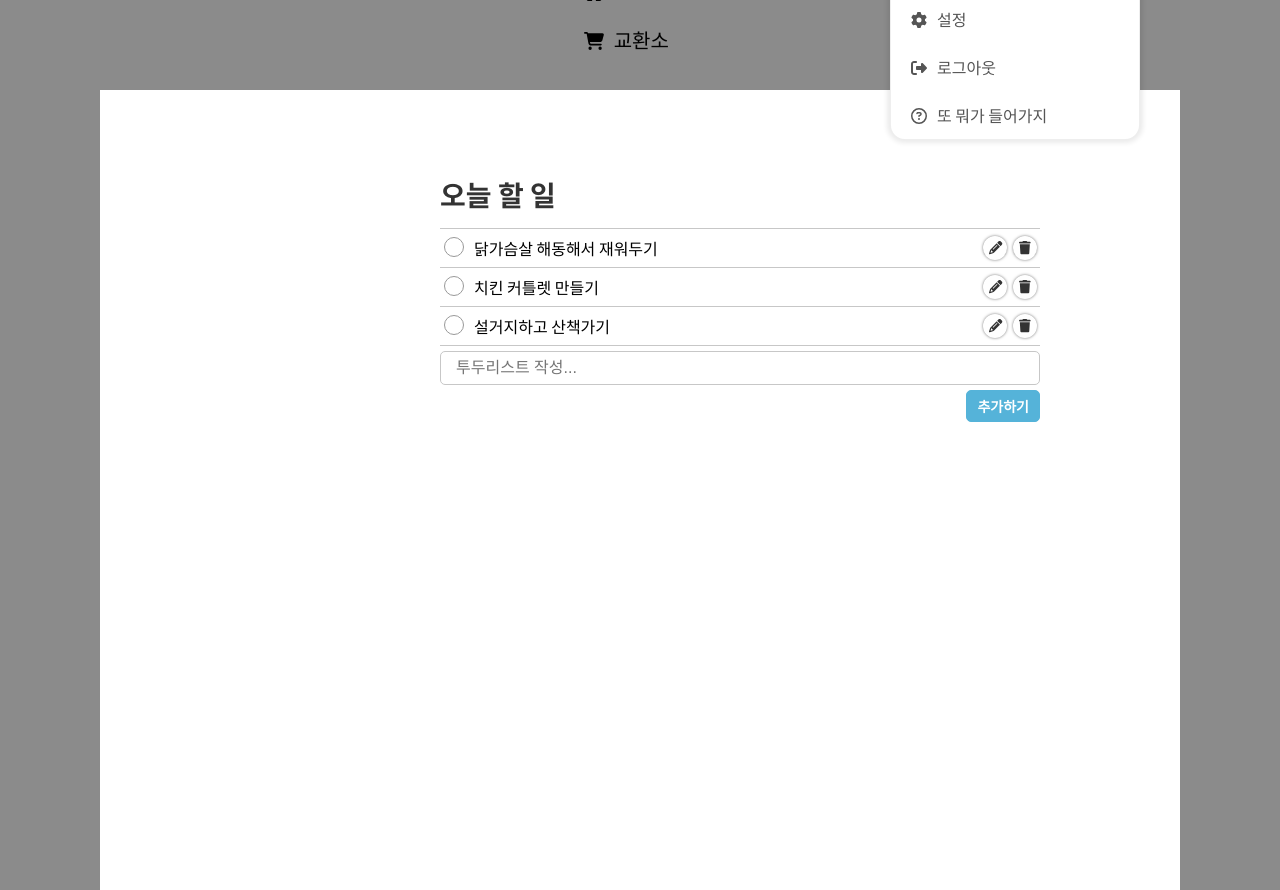
Repository: sunoo-lee/toVillage-old
Page: /
These files come from the project's save history. The page is drawn as it stood at one moment and after a run of saves; the edit follows.
The browser window is 1280 px wide. The pictures show the whole page.
The project was rebuilt for these pictures with package versions that can differ from the ones it lists, and the page was loaded fresh each time. Also part of the build but not shown: src/routes/Auth.js, src/components/MyProfile.js, src/routes/Profile.js, src/components/Area.module.css, src/components/Area.js, src/routes/Building.js, src/components/TradingShop.module.css, src/components/TradingShop.js and 1 more.

Above is the page before, as saved 2022-10-13 04:18:41.

### src/components/App.js
import React, { useState } from "react";
import AppRouter from "./Router";

function App() {
  const [isLoggedIn, setIsLoggedIn] = useState(true);
  const onClick = () => {
    setIsLoggedIn(!isLoggedIn);
  };

  const [isDropdown, setIsDropdown] = useState(true);
  const [isNav, setIsNav] = useState(true);
  const toggleDropdown = () => {
    setIsDropdown(!isDropdown);
    console.log("dropdown: " + isDropdown);
  };
  const toggleNav = () => {
    setIsNav(!isNav);
    console.log("Nav: " + isNav);
  };
  return (
    <>
      <AppRouter
        toggleDropdown={toggleDropdown}
        isDropdown={isDropdown}
        toggleNav={toggleNav}
        isNav={isNav}
        onClick={onClick}
        isLoggedIn={isLoggedIn}
      />
    </>
  );
}

export default App;

### src/style.css
@import url("https://fonts.googleapis.com/css2?family=Noto+Sans+KR:wght@400;500;700&display=swap");

* {
  box-sizing: border-box;
}

html,
body {
  padding: 0;
  margin: 0;
  font-family: "Noto Sans KR", -apple-system, BlinkMacSystemFont, Segoe UI,
    Roboto, Oxygen, Ubuntu, Cantarell, Fira Sans, Droid Sans, Helvetica Neue,
    sans-serif;
}

body {
  display: flex;
  justify-content: center;
  align-items: center;
  height: 800px;
  width: 1080px;
  margin: auto;
  height: 100vh;
  background-color: #9dbac7;
  background-color: #8b8b8b;
}

.container {
  background-color: aliceblue;
  background-color: #ffffff;
  min-width: 600px;
  width: 1080px;
  height: 800px;
  padding-left: 200px;
  padding-top: 50px;
  display: flex;
  justify-content: center;
}

### src/components/Router.js
import { HashRouter as Router, Routes, Route } from "react-router-dom";
import Auth from "../routes/Auth";
import Home from "../routes/Home";
import Profile from "../routes/Profile";
import Building from "../routes/Building";
import Trade from "../routes/Trade";
import Header from "./Header";
import Navigation from "./Navigation";

const AppRouter = ({
  toggleDropdown,
  isDropdown,
  toggleNav,
  isNav,
  onClick,
  isLoggedIn,
}) => {
  return (
    <Router>
      {isLoggedIn}
      <Header
        toggleDropdown={toggleDropdown}
        isDropdown={isDropdown}
        toggleNav={toggleNav}
      />
      <Navigation isNav={isNav} />
      <Routes>
        {isLoggedIn ? (
          <>
            <Route
              exact
              path="/"
              element={<Home onClick={onClick} isLoggedIn={isLoggedIn} />}
            />
            <Route path="/profile" element={<Profile />} />
            <Route path="/building" element={<Building />} />
            <Route path="/trade" element={<Trade />} />
          </>
        ) : (
          <>
            <Route exact path="/" element={<Auth />} />
          </>
        )}
      </Routes>
    </Router>
  );
};

export default AppRouter;

### src/routes/Home.js
import React from "react";
import Main from "../components/Main";

const Home = () => {
  return (
    <>
      <div className={"container"}>
        <Main />
      </div>
    </>
  );
};

export default Home;

### src/components/Header.js
import { React, useState } from "react";
import styles from "./Header.module.css";
import { FontAwesomeIcon } from "@fortawesome/react-fontawesome";
import { faBars, faUser } from "@fortawesome/free-solid-svg-icons";
import Dropdown from "./Dropdown";

const Header = ({ toggleDropdown, isDropdown, toggleNav }) => {
  return (
    <header id={styles.header}>
      <div className={styles.container}>
        <div className={styles.header_left}>
          <button onClick={toggleNav} className={styles.toggle_btn}>
            <FontAwesomeIcon icon={faBars} />
          </button>
        </div>
        <div className={styles.header_center}>
          {/* {new Date().getFullYear()}/{new Date().getMonth() + 1}/
        {new Date().getDate()} */}
        </div>
        <div className={styles.header_right}>
          <button onClick={toggleDropdown}>
            <FontAwesomeIcon icon={faUser} />
          </button>
          {isDropdown ? <Dropdown /> : <></>}
        </div>
      </div>
    </header>
  );
};

export default Header;

### src/components/Navigation.js
import { React } from "react";
import { Link } from "react-router-dom";
// import MiniProfile from "./MiniProfile";
import styles from "./Navigation.module.css";
import { FontAwesomeIcon } from "@fortawesome/react-fontawesome";
import {
  faUser,
  faBuilding,
  faCartShopping,
  faListUl,
} from "@fortawesome/free-solid-svg-icons";

const Navigation = ({ isNav }) => {
  if (isNav) {
  }
  return (
    <nav className={isNav ? styles.nav_active : styles.nav}>
      {/* <MiniProfile /> */}
      <div className={styles.container}>
        <ul>
          <li>
            <Link to="/">
              <FontAwesomeIcon icon={faListUl} />
              <span>오늘 할 일</span>
            </Link>
          </li>
          <li>
            <Link to="/profile">
              <FontAwesomeIcon icon={faUser} />
              <span>프로필</span>
            </Link>
          </li>
          <li>
            <Link to="/building">
              <FontAwesomeIcon icon={faBuilding} />
              <span>건물</span>
            </Link>
          </li>
          <li>
            <Link to="/trade">
              <FontAwesomeIcon icon={faCartShopping} />
              <span>교환소</span>
            </Link>
          </li>
        </ul>
        {/* <button onClick={onClick}>SIGN OUT</button> */}
      </div>
    </nav>
  );
};

export default Navigation;

### src/components/Main.js
import React, { useState, useEffect } from "react";
import { FontAwesomeIcon } from "@fortawesome/react-fontawesome";
import { faTrash, faPencilAlt } from "@fortawesome/free-solid-svg-icons";
import styles from "./Main.module.css";
import Todo from "./Todo";
import AddForm from "./AddForm";

const Main = () => {
  const [toDo, setToDo] = useState("");
  const [toDos, setToDos] = useState([]);

  useEffect(() => {
    const item = localStorage.getItem("list");
    if (item) {
      setToDos(item);
    } else
      setToDos([
        "닭가슴살 해동해서 재워두기",
        "치킨 커틀렛 만들기",
        "설거지하고 산책가기",
      ]);
  }, []);
  const onChange = (event) => setToDo(event.target.value);
  const onSubmit = async (event) => {
    event.preventDefault();
    if (toDo === "") {
      return;
    }
    await setToDos((currentArray) => [...currentArray, toDo]);
    setToDo("");
  };
  const onDelete = (event) => {
    const li = event.target.parentElement;
    console.dir(event.target.parentElement);
    li.remove();
  };
  const toggleEditing = (event) => console.log(event);
  return (
    <div className={styles.container}>
      <h1>
        <span className={styles.title}>오늘 할 일</span>
      </h1>
      <ul className={styles.list}>
        {toDos.map((item, index) => (
          <Todo
            item={item}
            key={index}
            toggleEditing={toggleEditing}
            onDelete={onDelete}
          />
        ))}
      </ul>
      <AddForm onSubmit={onSubmit} onChange={onChange} toDo={toDo} />
    </div>
  );
};

export default Main;

### src/components/Header.module.css
:root {
  --theme_color: #55b3d9;
}

#header {
  position: absolute;
  width: 1080px;
  z-index: 100;
}

.container {
  background-color: #bce5f5;
  background-color: var(--theme_color);
  width: 100%;
  height: 50px;
  display: flex;
  justify-content: space-between;
  align-items: center;
  padding: 0 40px;
}
.header_left .toggle_btn {
  width: 30px;
  height: 30px;
  border: none;
  outline: none;
  border-radius: 50%;
  background-color: whitesmoke;
  background-color: transparent;
  color: #ffffff;
  cursor: pointer;
  font-size: 1.3rem;
}
.header_center {
  font-weight: 700;
  font-size: 1.4em;
}

.header_right button {
  width: 30px;
  height: 30px;
  border: none;
  outline: none;
  border-radius: 50%;
  background-color: whitesmoke;
  cursor: pointer;
  text-align: center;
  color: var(--theme_color);
}

### src/components/Dropdown.js
import React from "react";
import styles from "./MyProfile.module.css";
import { FontAwesomeIcon } from "@fortawesome/react-fontawesome";
import {
  faUser,
  faGear,
  faRightFromBracket,
} from "@fortawesome/free-solid-svg-icons";
import { faCircleQuestion } from "@fortawesome/free-regular-svg-icons";

const Dropdown = () => (
  <div className={styles.card}>
    <div className={styles.userBx}>
      <div className={styles.imgbx}>pic</div>
      <div className={styles.userinfo}>
        <p>User Name</p>
        <p>구역정보나 계정이름...</p>
      </div>
    </div>
    <ul className={styles.menu}>
      <li>
        <FontAwesomeIcon icon={faUser} /> <span>프로필</span>
      </li>
      <li>
        <FontAwesomeIcon icon={faGear} />
        <span>설정</span>
      </li>
      <li>
        <FontAwesomeIcon icon={faRightFromBracket} />
        <span>로그아웃</span>
      </li>
      <li>
        <FontAwesomeIcon icon={faCircleQuestion} />
        <span>또 뭐가 들어가지</span>
      </li>
    </ul>
  </div>
);

export default Dropdown;

### src/components/Navigation.module.css
.nav {
  width: 200px;
  height: 800px;
  position: absolute;
  z-index: 50;
  padding-top: 50px;
  background-color: #eeeeee;
  display: flex;
  align-items: center;
  flex-direction: column;
  padding: 60px 10px 10px;
}

.nav {
  background-color: #58a8eb;
}

.active {
  background-color: #58a8eb;
}

.container {
  position: relative;
  margin-top: 10px;
  width: 100%;
  border-radius: 20px;
  padding: 20px 0;
  display: flex;
  flex-direction: column;
  align-items: center;
}
.container ul {
  text-align: left;
}
.container ul li {
  padding: 0 20px;
  height: 40px;
  border-radius: 25px;
  margin: 10px 0;
  transition: 0.2s;
}
.container ul li:hover {
  background-color: var(--theme_color);
}
.container ul li a {
  font-size: 20px;
  color: #696969;
  color: #000000;
  font-weight: 500;
  text-decoration: none;
  line-height: 40px;
}

.container ul li a svg {
  width: 20px;
  margin-right: 10px;
}

.container button {
  position: absolute;
  bottom: 20px;
  padding: 7px 10px;
  border-radius: 5px;
  border: none;
  outline: none;
  font-size: 1em;
  font-weight: 700;
  background-color: #58a8eb;
  color: #ffffff;
  cursor: pointer;
}

### src/components/Main.module.css
:root {
  --theme_color: #55b3d9;
}

.container {
  margin-top: 40px;
  width: 600px;
}

.container h1 {
  margin-bottom: 20px;
}

.title {
  font-size: 28px;
  font-weight: 700;
  color: #333333;
}

.list {
  width: 600px;
  /* margin: 20px 0; */
}

.list .item {
  background-color: #ffffff;
  padding: 5px 0;
  line-height: 28px;
  display: flex;
  align-items: center;
  justify-content: space-between;
  border-bottom: 1px solid #c7c7c7;
}

.list .item:first-child {
  border-top: 1px solid #c7c7c7;
}

.list .item input[type="checkbox"] {
  width: 20px;
  height: 20px;
  border-radius: 50px;
  border: 1px solid #999999;
  appearance: none;
  margin-right: 10px;
}
.list .item input[type="checkbox"]:hover {
  background-color: #b3dcec;
}
.list .item input[type="checkbox"]:checked {
  background: var(--theme_color);
  border: none;
}
.list .item div {
  margin: auto 0;
  display: flex;
}
.list .item div button {
  border-radius: 50%;
  border: none;
  margin: auto 3px;
  height: 24px;
  width: 24px;
  box-shadow: 0 0 3px 0 #00000088;
  background-color: #ffffff;
  color: #333333;
}

.add_form {
  position: relative;
}

.add_form .list_input {
  margin: 5px 0;
  width: 600px;
  font-size: 16px;
  padding: 7px 15px;
  border: 1px solid #c7c7c7;
  border-radius: 5px;
}

.add_form .list_input:focus {
  outline: none;
  border: 1px solid var(--theme_color);
}

.add_form .add_btn {
  display: block;
  position: absolute;
  right: 0;
  font-size: 14px;
  background-color: var(--theme_color);
  border: 1px solid var(--theme_color);
  /* border: none; */
  border-radius: 5px;
  padding: 5px 10px;
  color: #ffffff;
  font-weight: 700;
  cursor: pointer;
}

### src/components/Todo.js
import React from "react";
import { FontAwesomeIcon } from "@fortawesome/react-fontawesome";
import { faTrash, faPencilAlt } from "@fortawesome/free-solid-svg-icons";
import styles from "./Main.module.css";

const Todo = ({ item, index, toggleEditing, onDelete }) => {
  return (
    <li className={styles.item} key={index}>
      <div>
        <input type="checkbox" />
        <span>{item}</span>
      </div>
      <div>
        <button onClick={toggleEditing}>
          <FontAwesomeIcon icon={faPencilAlt} />
        </button>
        <button onClick={onDelete}>
          <FontAwesomeIcon icon={faTrash} />
        </button>
      </div>
    </li>
  );
};

export default Todo;

### src/components/AddForm.js
import React, { memo } from "react";
import styles from "./Main.module.css";

const AddForm = memo(({ onSubmit, onChange, toDo }) => {
  return (
    <form className={styles.add_form} onSubmit={onSubmit}>
      <input
        className={styles.list_input}
        onChange={onChange}
        value={toDo}
        type="text"
        placeholder="투두리스트 작성..."
      />
      <button className={styles.add_btn}>추가하기</button>
    </form>
  );
});

export default AddForm;

### src/components/MyProfile.module.css
:root {
  --border_option: 1px solid #666666;
  /* --border_option: none; */
  --shadow_option: 0 0 5px 1px #00000088;
  --theme_color: #55b3d9;
}
.container {
  display: flex;
  flex-direction: column;
  justify-content: flex-start;
  align-items: center;
  padding: 60px;
}

.pic {
  width: 200px;
  height: 200px;
  background-color: #ffffff;
  border-radius: 50%;
  box-shadow: 0 15px 50px #00000041;
  line-height: 200px;
  text-align: center;
  font-size: 20px;
  color: #888888;
  font-weight: 700;
  margin-bottom: 30px;
}
.nickname {
  color: #666666;
  font-size: 36px;
  font-weight: 700;
  margin-bottom: 20px;
}
.area {
  font-size: 26px;
  font-weight: 700;
  color: #888888;
}
.materials {
  display: flex;
  margin: 40px 0;
}
.materials li {
  margin: 0 10px;
}
.materials div {
  width: 80px;
  height: 80px;
  background-color: #ffffff;
  border-radius: 50%;
  line-height: 80px;
  text-align: center;
  margin-bottom: 10px;
  color: #666666;
  border-radius: 50%;
  background-color: #55b4d975;
  font-size: 1.2em;
  color: #999999;
}
.materials span {
  display: block;
  width: 80px;
  text-align: center;
  font-size: 1.6em;
  color: #555555;
  line-height: 1.2em;
  font-weight: 600;
}
.box_btn {
  border-radius: 5px;
  padding: 16px 20px;
  border: none;
  outline: none;
  font-size: 1.4em;
  font-weight: 700;
  background-color: var(--theme_color);
  color: #ffffff;
  cursor: pointer;
}

/* ----------------------mini profile-------------------------- */

.card {
  position: absolute;
  width: 250px;
  height: 265px;
  background-color: #ffffff;
  border-radius: 15px;
  box-shadow: 0 0 5px 3px #00000015;
  border: 1px solid #00000011;
  overflow: hidden;
  right: 40px;
  top: 45px;
}
.userBx {
  position: relative;
  display: flex;
  align-items: center;
  padding: 10px;
}

.imgbx {
  border: 1px solid #ffffff;
  position: relative;
  width: 50px;
  height: 50px;
  background-color: #b3dcec;
  border-radius: 50%;
  font-size: 14px;
  text-align: center;
  color: #888888;
  line-height: 50px;
  margin-right: 10px;
}

.menu {
  position: absolute;
  width: 100%;
  height: auto;
  border-top: 1px solid #00000011;
}
.menu li {
  padding: 0 20px;
  color: #555555;
  cursor: pointer;
}
.menu li:hover {
  background-color: #c9dee6;
}
.menu li span {
  display: inline-block;
  margin: 16px 10px;
}

Loaded but not shown: public/index.html (common file); src/index.js (common file); src/reset.css (common file)

After the next 2 saves:
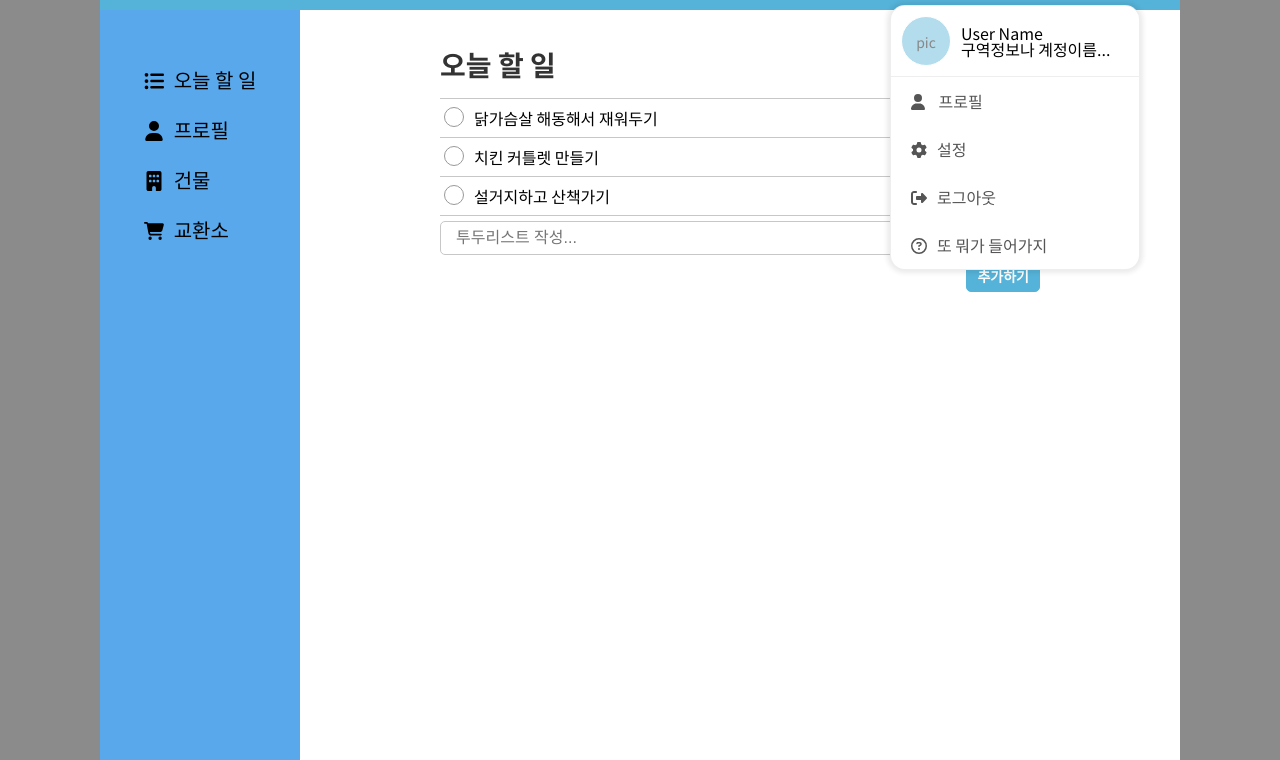
The 2 saves are shown as one change because they came seconds apart.
The last was saved 115 s later.
--- a/src/components/Navigation.js
+++ b/src/components/Navigation.js
@@ -14,7 +14,7 @@ const Navigation = ({ isNav }) => {
   if (isNav) {
   }
   return (
-    <nav className={isNav ? styles.nav_active : styles.nav}>
+    <nav className={isNav ? `${styles.nav} ${styles.nav_active}` : styles.nav}>
       {/* <MiniProfile /> */}
       <div className={styles.container}>
         <ul>
